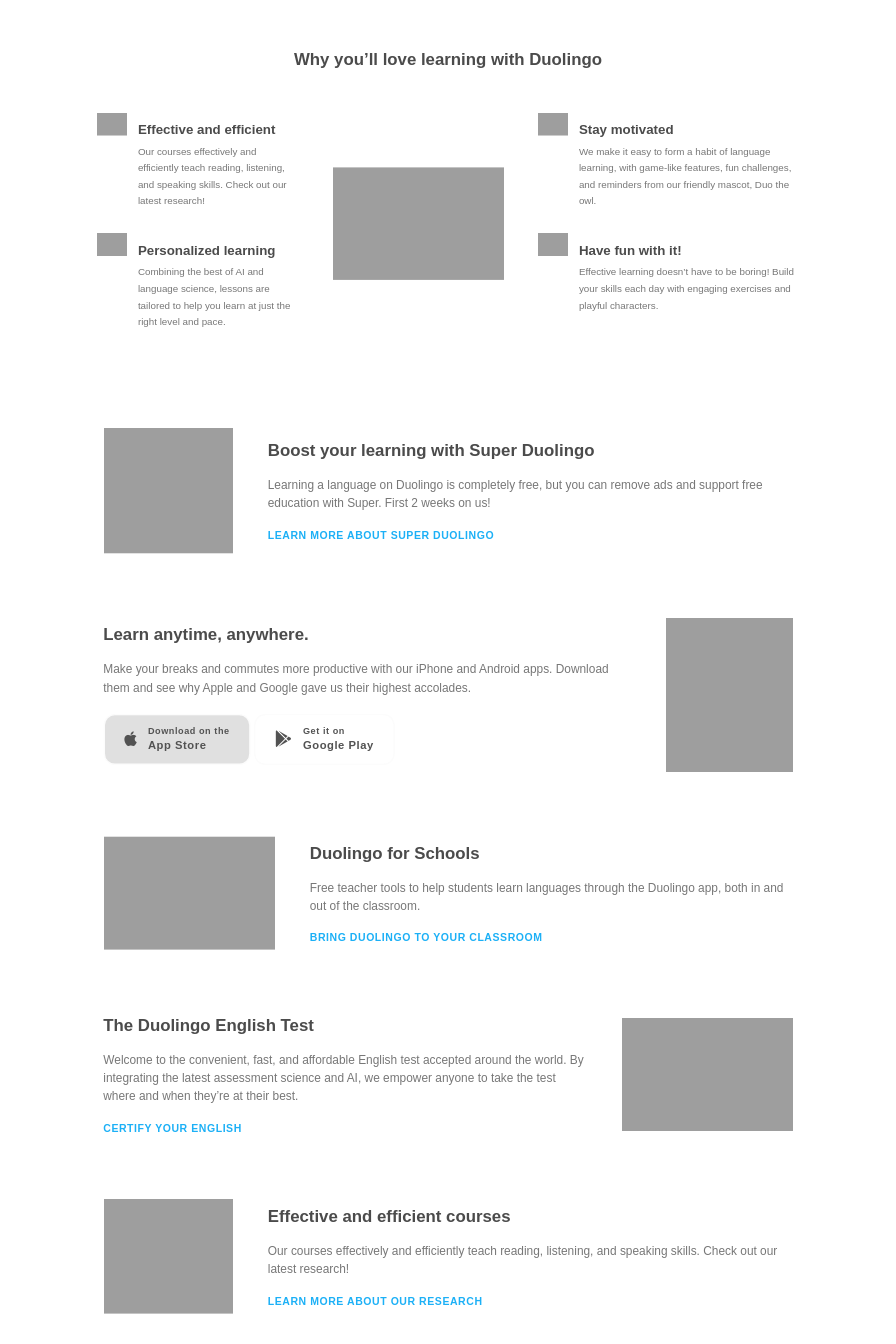
Repository: kauittt/duolingo-little
Page: login.html
These files come from the project's save history. The page is drawn as it stood at one moment and after the next save; the edit follows.
The browser window is 1280 px wide. The pictures show the part of the page from y = 937 to 2857 px (the page is 2857 px tall), at 70% of full size.
The pointer rests on the first visible `.download .section-content__link-item`.
Pictures or frames that could not be fetched are drawn as grey boxes. A picture or video elsewhere on the page could not be fetched, so the positions and the page height are approximate. Some web libraries are served in a nearby version.

Above is the page before, as saved 2023-03-26 20:58:51.

After the next save:
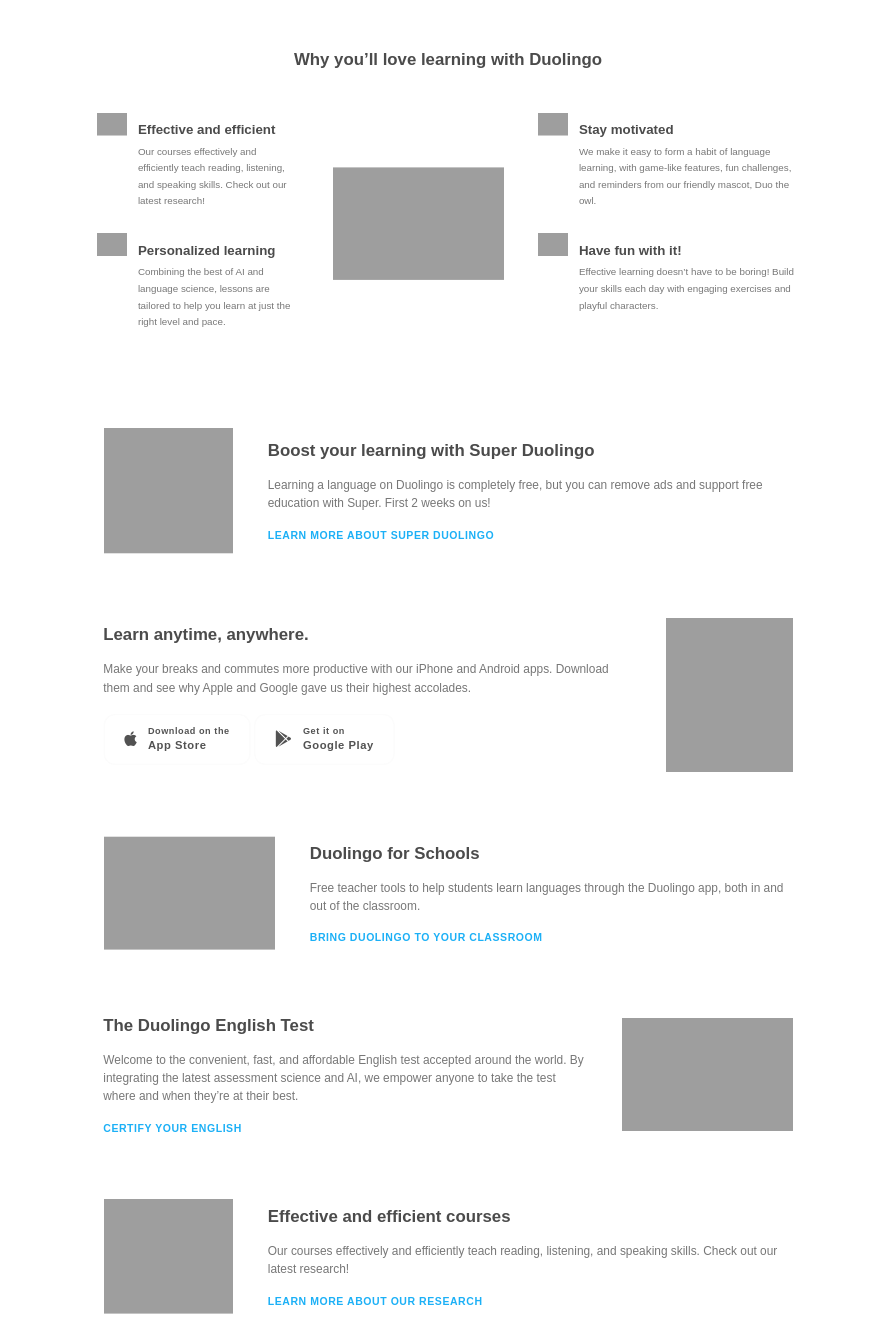
Saved 25 s later.
--- a/assets/css/stytes.css
+++ b/assets/css/stytes.css
@@ -227,8 +227,8 @@
 }
 
 .download .section-content__link-item:hover {
-    background: #ccc;
-    filter: none;
+    /* background: #ccc; */
+    /* filter: none; */
 }
 
 .section-content__link-item > i {
